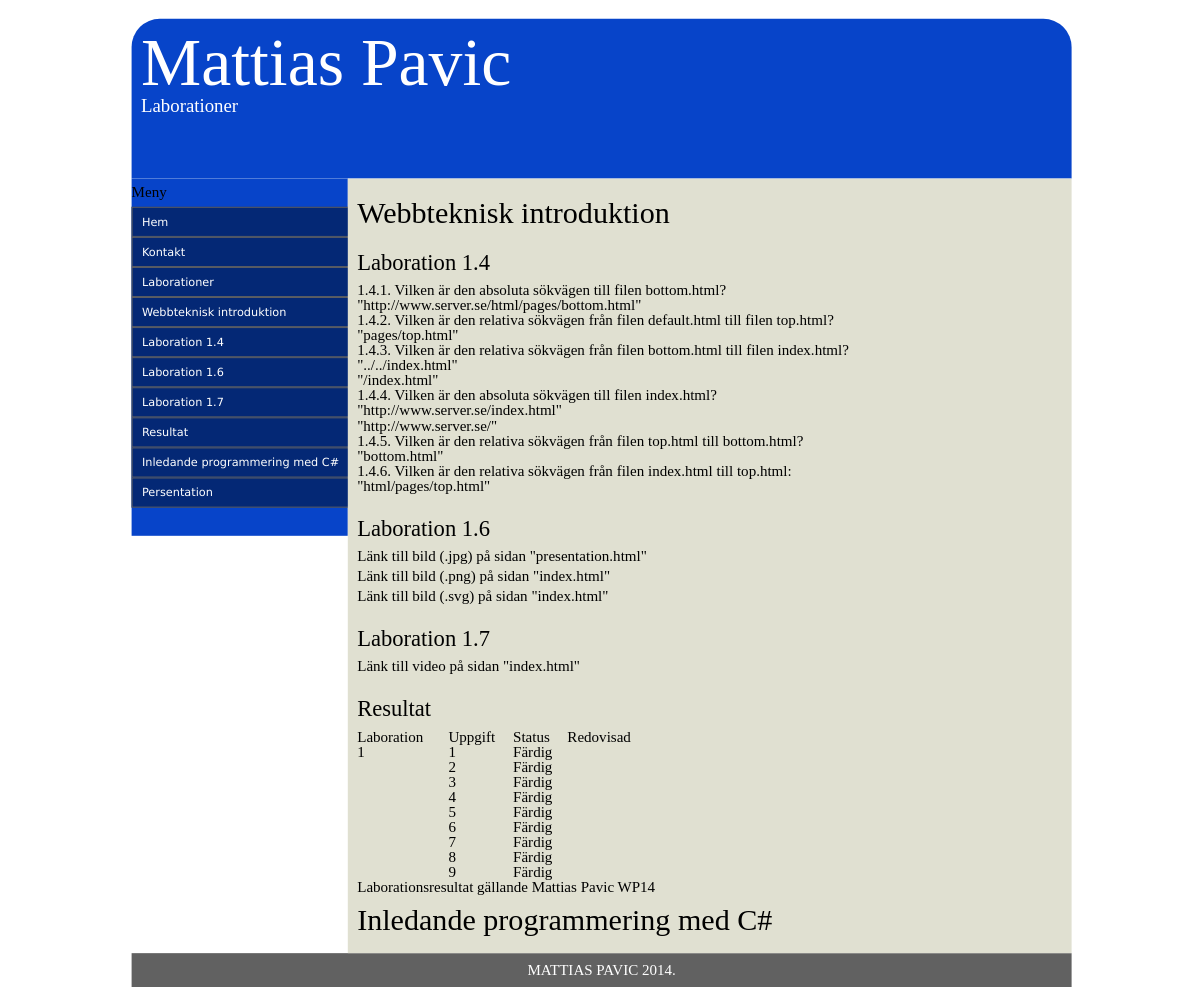
Repository: mp222sf/1ik415-laborationer
Page: pages/laborationer.html
The author's editor kept a record of every edit. The page is drawn from the files as they stood at one moment, then again after the next edit.
The browser window is 1280 px wide. The pictures show the whole page, at 94% of full size.

Above is the page before.

After the next edit:
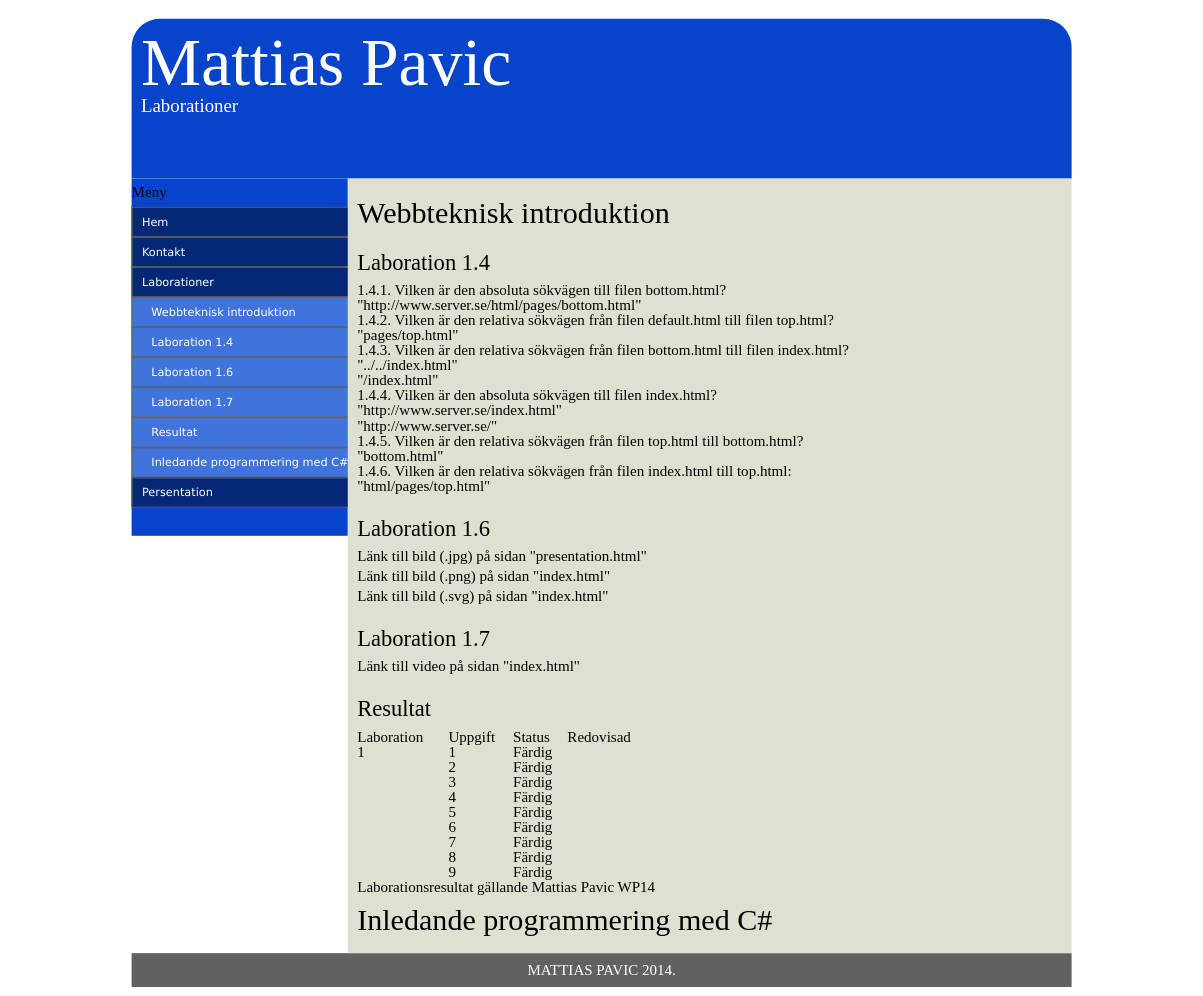
The edit:
--- a/pages/laborationer.html
+++ b/pages/laborationer.html
@@ -17,7 +17,7 @@
                 <li><a href="../index.html">Hem</a></li>
                  <li><a href="kontakt.html">Kontakt</a></li>
                  <li><a href="laborationer.html">Laborationer</a></li>
-                    <ul>
+                    <ul id="meny_lista">
                     <li><a href="#webbteknisk_introduktion">Webbteknisk introduktion</a></li>
                     <li><a href="#laboration_1.4">Laboration 1.4</a></li>
                     <li><a href="#laboration_1.6">Laboration 1.6</a></li>
